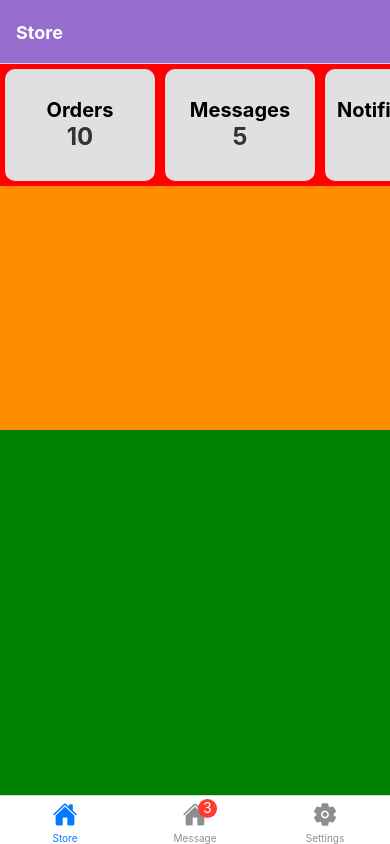
Repository: Waikato153/AwesomeProject
Screen: /
These files come from the project's save history. The screen is drawn as it stood at one moment and after a run of saves; the edit follows.
The app was drawn by React Native's web renderer in a window 390 px wide. The project was rebuilt for these pictures with package versions that can differ from the ones it lists, and the page was loaded fresh each time.

Above is the screen before, as saved 2024-02-29 12:01:01.

After the next 2 saves:
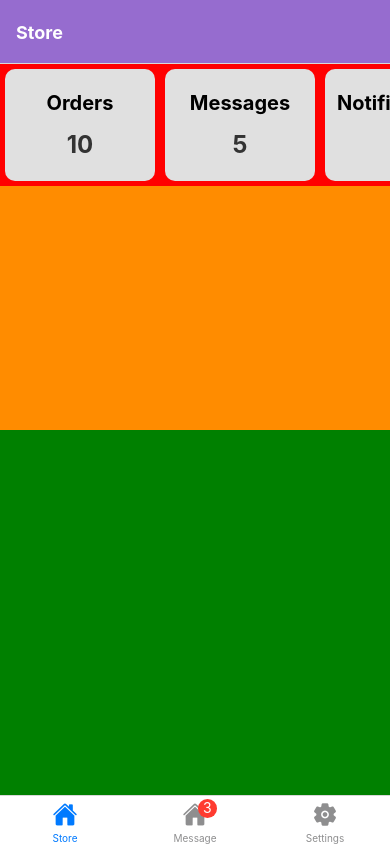
The 2 saves are shown as one change because they came seconds apart.
The last was saved 22 s later.
--- a/screens/HomeScreen.js
+++ b/screens/HomeScreen.js
@@ -54,6 +54,7 @@ const styles = StyleSheet.create({
   title: {
     fontSize: 20,
     fontWeight: 'bold',
+    paddingBottom: 15,
 
   },
   count: {
